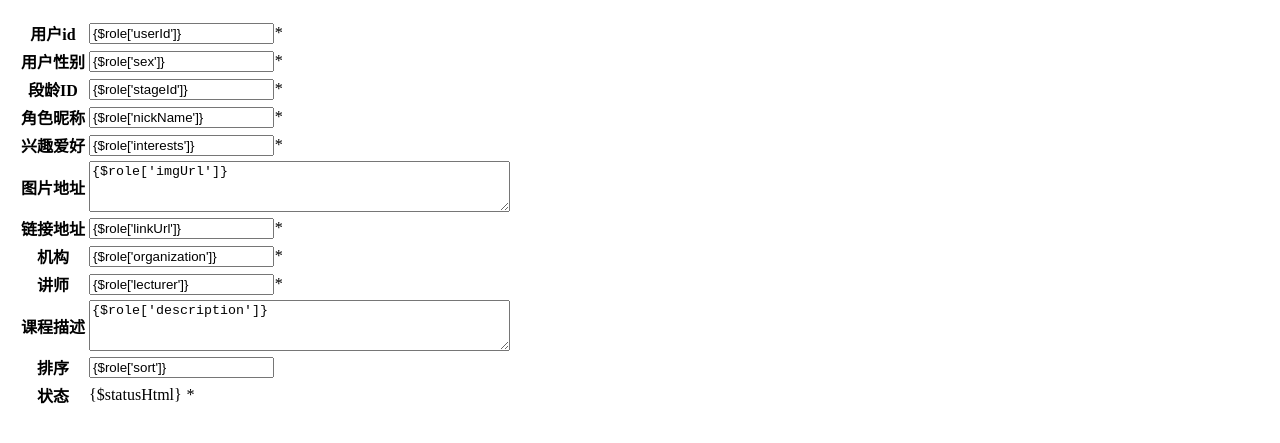
Repository: pridewu/hipi
Page: Education_dev_platform/branches/v1/Application/System/View/v1/Role/edit.html
The author's editor kept a copy of each file at every save. The page is drawn from the files as they stood at one save, then again after the next save.
The browser window is 1280 px wide. The pictures show the whole page.

Above is the page before, as saved 2014-12-05 11:27:59.

### Education_dev_platform/branches/v1/Application/System/View/v1/Role/edit.html
<form id="edit_form" method="post" style="padding:10px">
<table class="editTable">
	<tr>
		<th>用户id</th>
		<td>
			<input type="hidden" id="id" name="id" value="{$role['id']}"/>
			<input type="text" id="userId" name="userId" value="{$role['userId']}"/><em>*</em>
		</td>
	<tr>
		<th>用户性别</th>
		<td>
			<input type="text" id="sex" name="sex" value="{$role['sex']}"/><em>*</em>
		</td>
	</tr>
	<tr>
		<th>段龄ID</th>
		<td>
			<input type="text" id="stageId" name="stageId" value="{$role['stageId']}"/><em>*</em>
		</td>
	</tr>
	<tr>
		<th>角色昵称</th>
		<td>
			<input type="text" id="nickName" name="nickName" value="{$role['nickName']}"/><em>*</em>
		</td>
	</tr>
	<tr>
		<th>兴趣爱好</th>
		<td>
			<input type="text" id="interests" name="interests" value="{$role['interests']}"/><em>*</em>
		</td>
	</tr>

	<tr>
		<th>图片地址</th>
		<td>
			<textarea name="imgUrl" id="imgUrl" cols="50" rows="3">{$role['imgUrl']}</textarea>
			<a href="#" class="easyui-linkbutton" iconCls="icon-add" plain="true"
				onclick="upfileDialog(1,'{$thumb}','课程图片：{$role[name]}',1,1,'#imgUrl','\r\n')"></a>
		</td>
	</tr>
	<tr>
		<th>链接地址</th>
		<td>
			<input type="text" id="linkUrl" name="linkUrl" value="{$role['linkUrl']}"/><em>*</em>
		</td>
	</tr>
	<tr>
		<th>机构</th>
		<td>
			<input type="text" id="organization" name="organization" value="{$role['organization']}"/><em>*</em>
		</td>
	</tr>
	<tr>
		<th>讲师</th>
		<td>
			<input type="text" id="lecturer" name="lecturer" value="{$role['lecturer']}"/><em>*</em>
		</td>
	</tr>
	<tr>
		<th>课程描述</th>
		<td>
			<textarea name="description" id="description" cols="50" rows="3">{$role['description']}</textarea>
		</td>
	</tr>
	<tr>
		<th>排序</th>
		<td><input type="text" id="sort" name="sort" value="{$role['sort']}"/></td>
	</tr>
	<tr><th>状态</th><td>{$statusHtml} <em>*</em></td></tr>
</table>
</form>

After the next save:
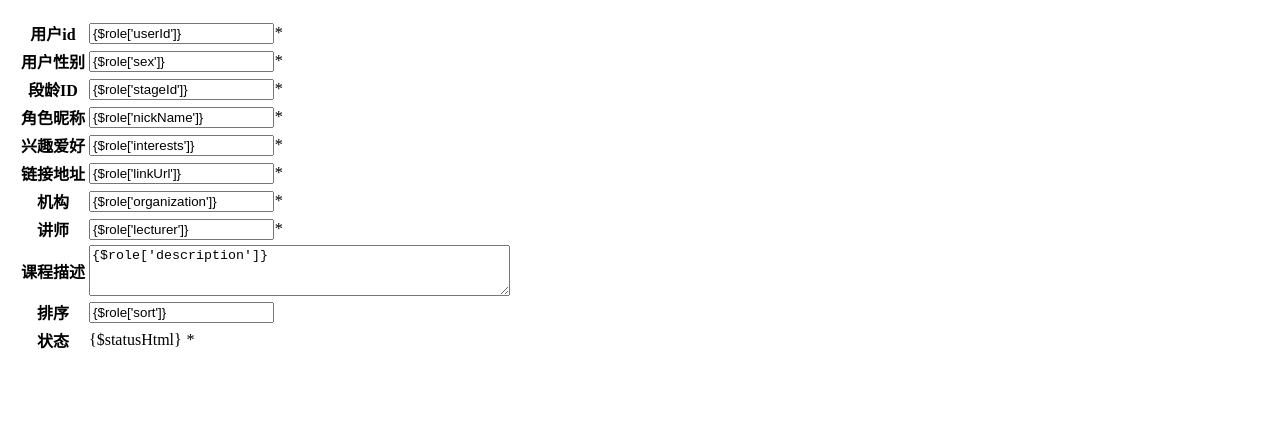
Saved 22 s later.
--- a/Education_dev_platform/branches/v1/Application/System/View/v1/Role/edit.html
+++ b/Education_dev_platform/branches/v1/Application/System/View/v1/Role/edit.html
@@ -31,14 +31,7 @@
 		</td>
 	</tr>
 
-	<tr>
-		<th>图片地址</th>
-		<td>
-			<textarea name="imgUrl" id="imgUrl" cols="50" rows="3">{$role['imgUrl']}</textarea>
-			<a href="#" class="easyui-linkbutton" iconCls="icon-add" plain="true"
-				onclick="upfileDialog(1,'{$thumb}','课程图片：{$role[name]}',1,1,'#imgUrl','\r\n')"></a>
-		</td>
-	</tr>
+
 	<tr>
 		<th>链接地址</th>
 		<td>
